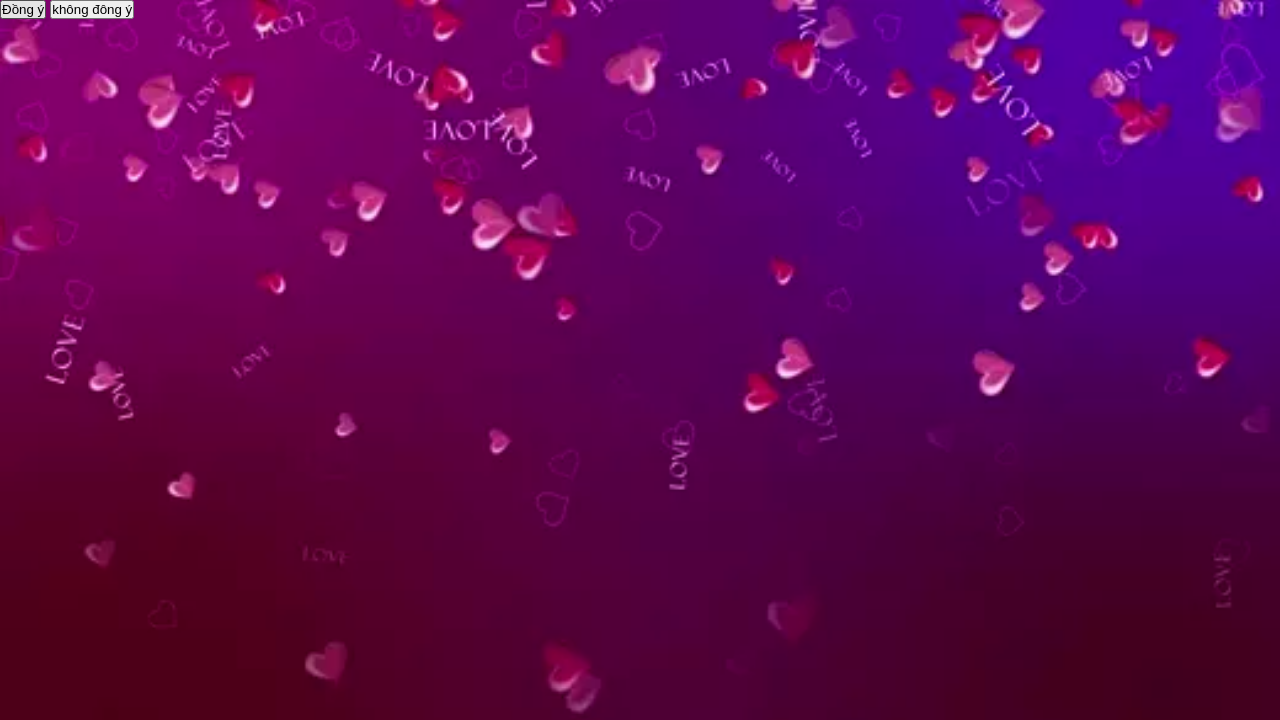
Repository: kuluong2000/love
Page: index.html
These files come from the project's save history. The page is drawn as it stood at one moment and after the next save; the edit follows.
The browser window is 1280 px wide. The pictures show the whole page.

Above is the page before, as saved 2022-06-04 21:42:36.

### index.html
<!DOCTYPE html>
<html lang="en">
  <head>
    <meta charset="UTF-8" />
    <meta http-equiv="X-UA-Compatible" content="IE=edge" />
    <meta name="viewport" content="width=device-width, initial-scale=1.0" />
    <link rel="stylesheet" href="app.css" />
    <title>Document</title>
  </head>
  <body>
    <div class="love">
      <button class="love-success">Đồng ý</button>
      <button class="love-fail">không đông ý</button>
    </div>
  </body>
</html>

### app.css
* {
  padding: 0;
  margin: 0;
  box-sizing: border-box;
}
.love {
  position: relative;
  width: 100%;
  height: 100vh;
  background: url("./image/bg.webp") no-repeat center / cover;
}

After the next save:
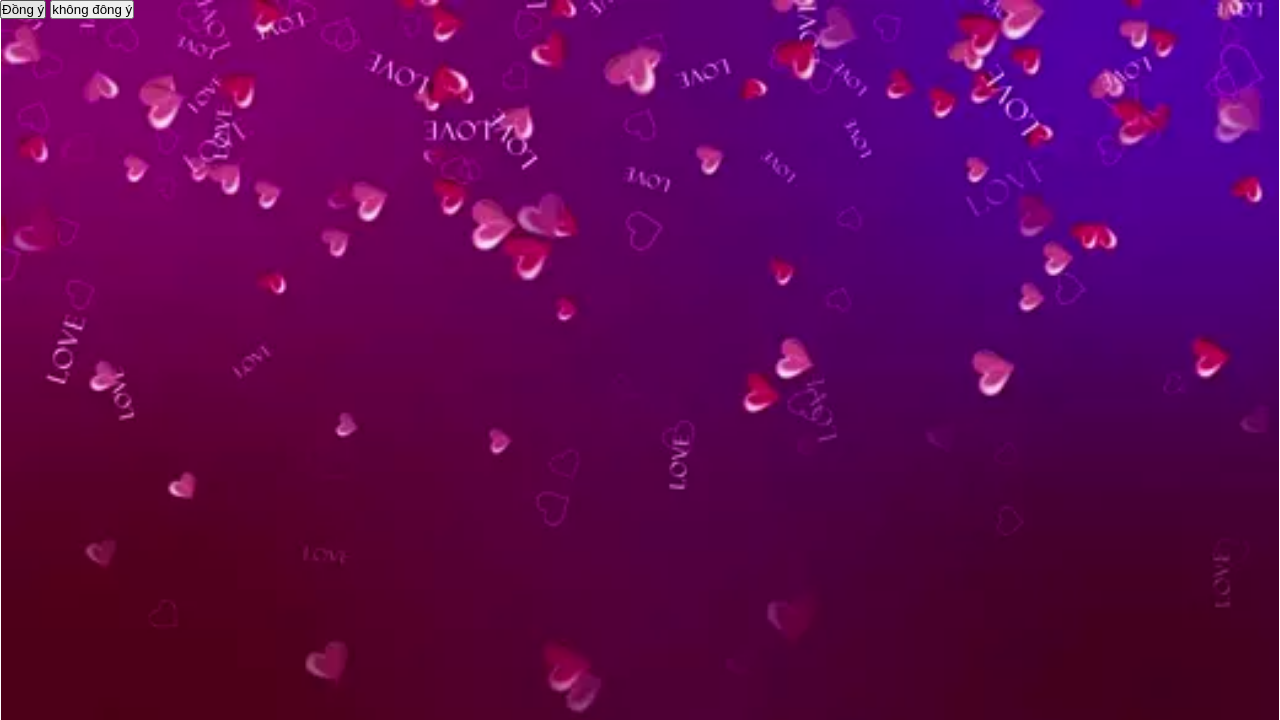
Saved 18 s later.
--- a/app.css
+++ b/app.css
@@ -7,5 +7,5 @@
   position: relative;
   width: 100%;
   height: 100vh;
-  background: url("./image/bg.webp") no-repeat center / cover;
+  background: url("./image/bg.webp") no-repeat center / contain;
 }

After the save that followed:
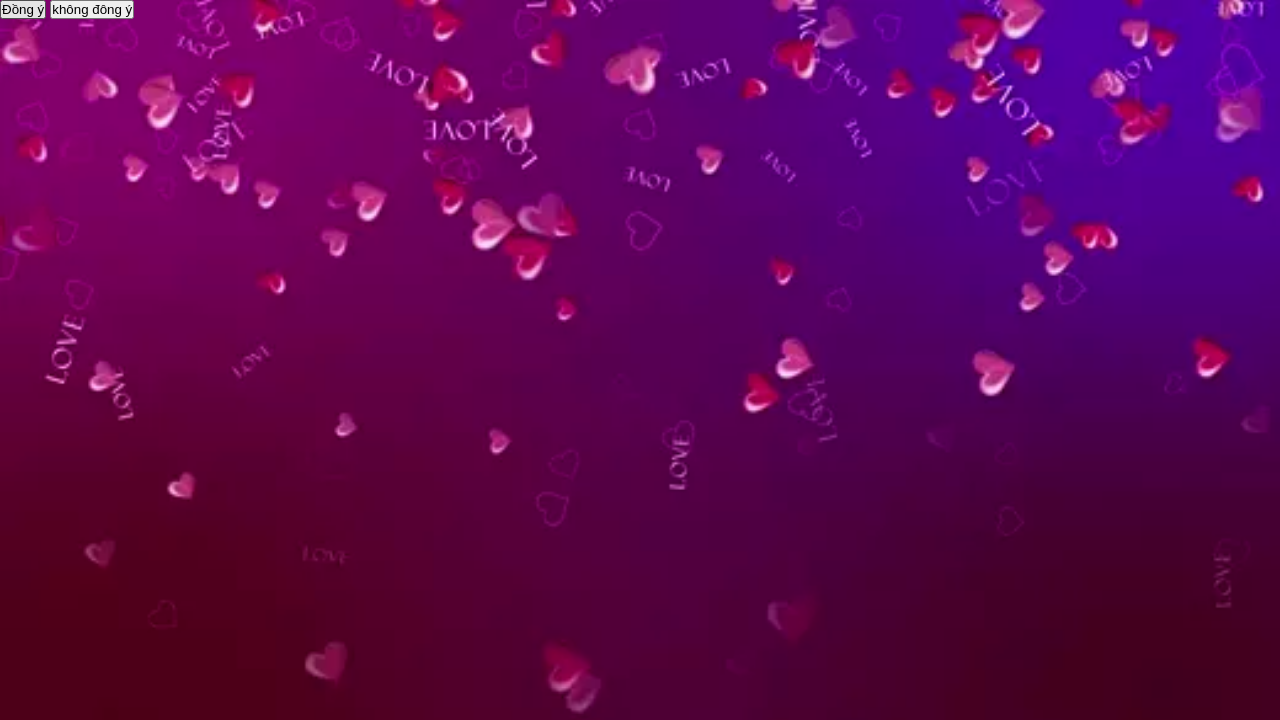
Saved 8 s later.
--- a/app.css
+++ b/app.css
@@ -7,5 +7,5 @@
   position: relative;
   width: 100%;
   height: 100vh;
-  background: url("./image/bg.webp") no-repeat center / contain;
+  background: url("./image/bg.webp") no-repeat center / cover;
 }
